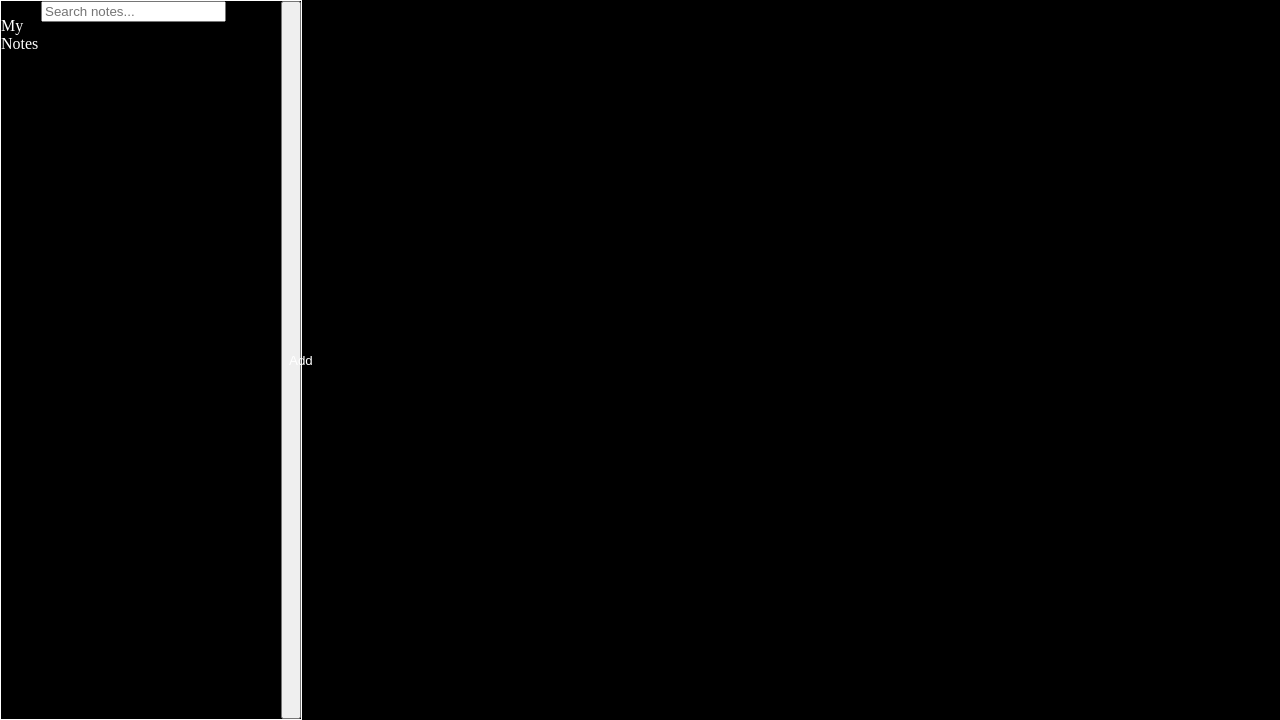
Repository: dmpelaez/myNotes
Page: QuickNotes.html
These files come from the project's save history. The page is drawn as it stood at one moment and after the next save; the edit follows.
The browser window is 1280 px wide. The pictures show the whole page.

Above is the page before, as saved 2025-12-18 20:36:06.

### QuickNotes.html
<!DOCTYPE html>

  <html>

    <head>

      <title>Quick Notes</title>

      <!--CSS LINK-->
      <link rel="stylesheet" href="QuickNotes.css">
    </head>
    <body>

      <aside class="aside-section">

        <!--My notes part-->
        <div class="myNotes">
          <p class="my-notes-text">My Notes</p>
        </div>
        <!--Search notes-->
        <div class="input-box">
          <input class="input" placeholder="Search notes...">
        </div>
        <!--Notes-->
        <div class="note-list"></div>
        <!--add button-->
        <button class="add-button">Add</button>

      </aside>


    </body>

  </html>

### QuickNotes.css
body {
  margin: 0;
  padding: 0;
  background: black;
}
* {
  color: rgb(255, 255, 255);
}
.aside-section {
  border: 1px solid white;
  display: grid;
  width: 300px;
  position: fixed;
  bottom: 0;
  top: 0;
  grid-template-columns: 40px 30px 1fr 20px;
}

.input {
  color: black;

}

After the next save:
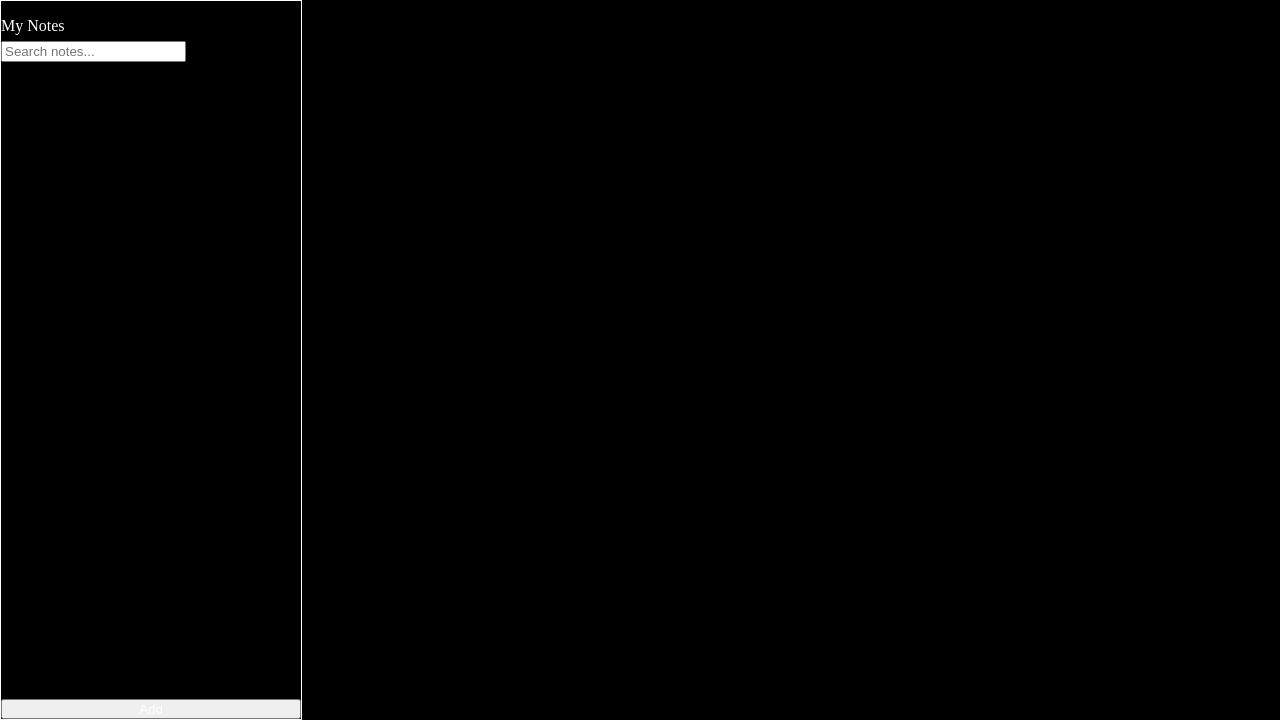
Saved 7 s later.
--- a/QuickNotes.css
+++ b/QuickNotes.css
@@ -13,7 +13,7 @@ body {
   position: fixed;
   bottom: 0;
   top: 0;
-  grid-template-columns: 40px 30px 1fr 20px;
+  grid-template-rows: 40px 30px 1fr 20px;
 }
 
 .input {
